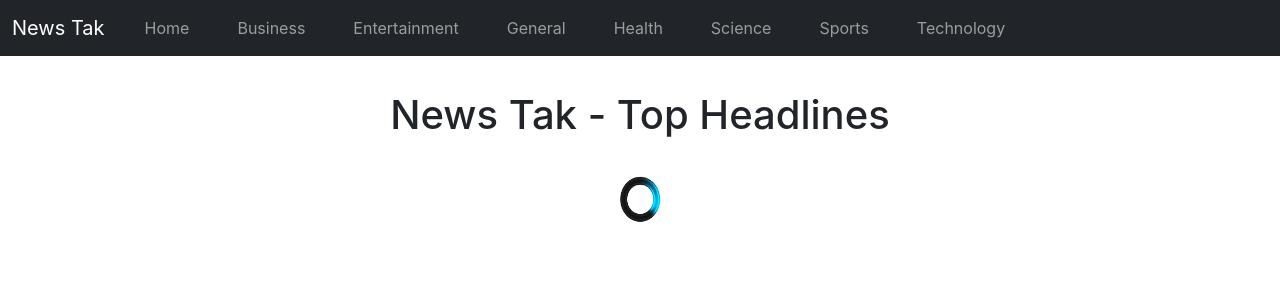
Repository: Rohit-foryou/News-website
Page: /entertainment
An editor plug-in stored every save of this project. The page is shown before and after the next save, followed by the edit.
The browser window is 1280 px wide. The pictures show the whole page.
The page's requests for data from a server got no answer. The project was rebuilt for these pictures with package versions that can differ from the ones it lists, and the page was loaded fresh each time. No one was signed in, and anything a server would have sent is missing. Also part of the build but not shown: src/Components/NewsItem.js.

Above is the page before, as saved 2024-01-11 13:09:35.

After the next save:
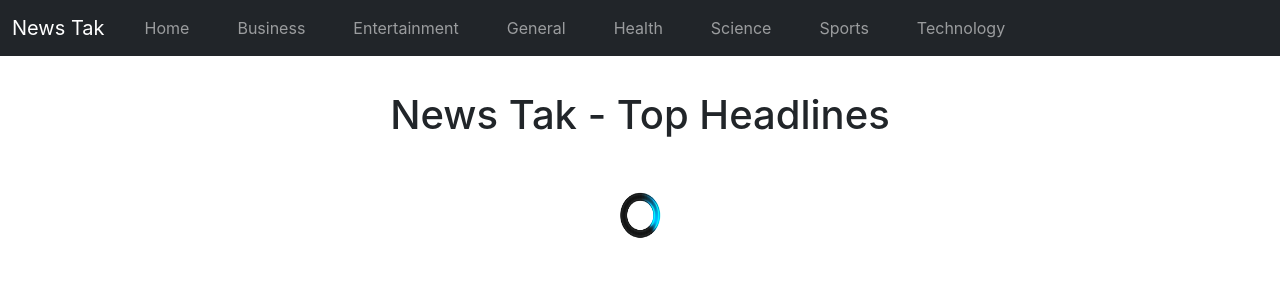
Saved 68 s later.
--- a/src/Components/Spinner.js
+++ b/src/Components/Spinner.js
@@ -4,7 +4,7 @@ import loading from './loading.gif';
 export default class Spinner extends Component {
   render() {
     return (
-      <div className='text-center'>
+      <div className='text-center my-3'>
         <img src={loading} alt="loading" style={{ width: '50px', height: '50px' }} />
       </div>
     );
